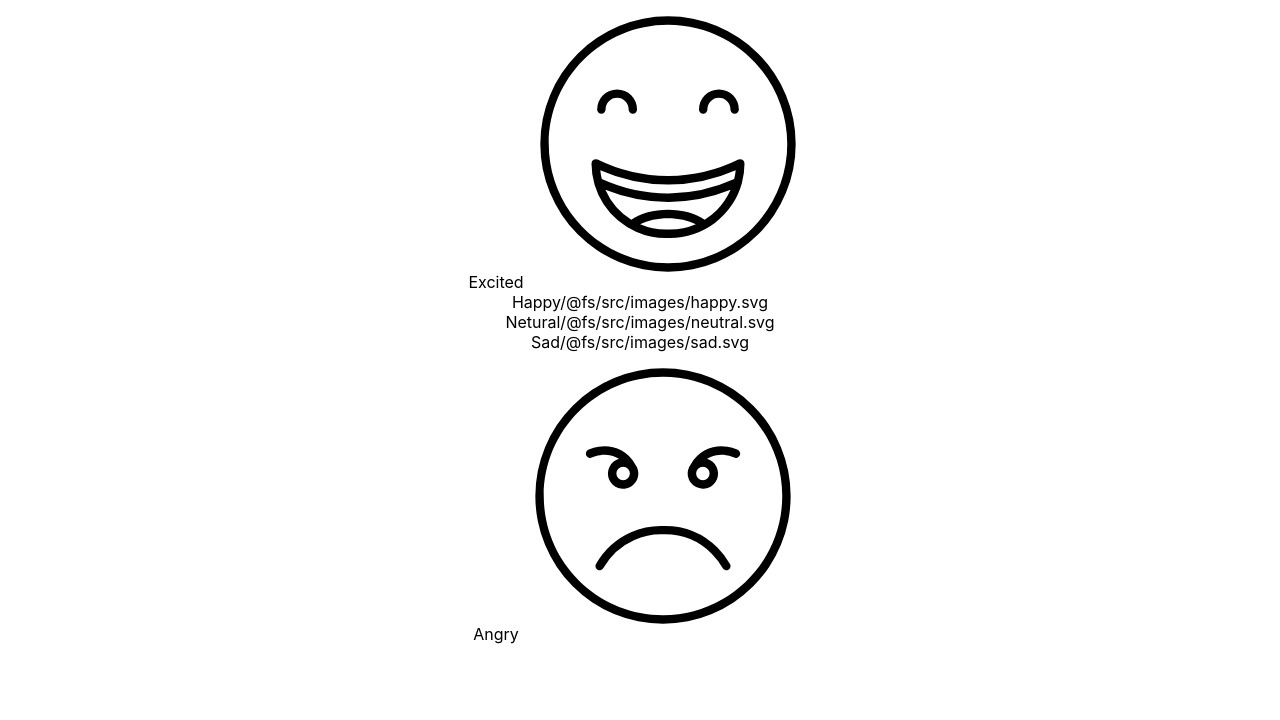
Repository: majakesin/moodify-app
Page: /
These files come from the project's save history. The page is drawn as it stood at one moment and after the next save; the edit follows.
The browser window is 1280 px wide. The pictures show the whole page.
The project was rebuilt for these pictures with package versions that can differ from the ones it lists, and the page was loaded fresh each time.

Above is the page before, as saved 2023-08-21 11:24:04.

### public/index.html
<!DOCTYPE html>
<html lang="en">
  <head>
    <meta charset="utf-8" />
    <link rel="icon" href="%PUBLIC_URL%/logo.svg" />
    <meta name="viewport" content="width=device-width, initial-scale=1" />
    <meta name="theme-color" content="#000000" />
    <meta
      name="description"
      content="Moodify -- App that gives yours ears the best music based on your mood"
    />
    <link rel="apple-touch-icon" href="%PUBLIC_URL%/logo.svg" />
    <!--
      manifest.json provides metadata used when your web app is installed on a
      user's mobile device or desktop. See https://developers.google.com/web/fundamentals/web-app-manifest/
    -->
    <link rel="manifest" href="%PUBLIC_URL%/manifest.json" />
    <!--
      Notice the use of %PUBLIC_URL% in the tags above.
      It will be replaced with the URL of the `public` folder during the build.
      Only files inside the `public` folder can be referenced from the HTML.

      Unlike "/favicon.ico" or "favicon.ico", "%PUBLIC_URL%/favicon.ico" will
      work correctly both with client-side routing and a non-root public URL.
      Learn how to configure a non-root public URL by running `npm run build`.
    -->
    <title>Moodify</title>
  </head>
  <body>
    <noscript>You need to enable JavaScript to run this app.</noscript>
    <div id="root"></div>
    <!--
      This HTML file is a template.
      If you open it directly in the browser, you will see an empty page.

      You can add webfonts, meta tags, or analytics to this file.
      The build step will place the bundled scripts into the <body> tag.

      To begin the development, run `npm start` or `yarn start`.
      To create a production bundle, use `npm run build` or `yarn build`.
    -->
  </body>
</html>

### src/App.js
import './App.css';
import {moods}  from 'src/data/moods'
import Mood from './components/Mood';

function App() {
  return (
    <div className="App">
      {moods.map(({type,icon}) => {
        return (<Mood type={type} icon={icon} />)
      })}
    </div>
  );
}

export default App;

### src/data/moods.js
import Happy from 'src/images/happy.svg';
import Neutral from 'src/images/neutral.svg';
import Sad from 'src/images/sad.svg';


export const moods = [
    {
        type: 'Excited',
        icon: <svg id="SvgjsSvg1081" width="288" height="288" xmlns="http://www.w3.org/2000/svg" version="1.1" xmlnsXlink="http://www.w3.org/1999/xlink" xmlnsSvgjs="http://svgjs.com/svgjs">
                <defs id="SvgjsDefs1082"></defs>
                <g id="SvgjsG1083">
                <svg xmlns="http://www.w3.org/2000/svg" data-name="Layer 1" viewBox="0 0 512 512" width="288" height="288">
                    <path fill="currentcolor" d="M416.51318,95.48682A226.99992,226.99992,0,1,0,95.48682,416.51318,226.99992,226.99992,0,1,0,416.51318,95.48682ZM256,468C139.103,468,44,372.897,44,256S139.103,44,256,44s212,95.103,212,212S372.897,468,256,468ZM137.5,202a7.50006,7.50006,0,0,0,7.5-7.5,20.5,20.5,0,0,1,41,0,7.5,7.5,0,0,0,15,0,35.5,35.5,0,0,0-71,0A7.50006,7.50006,0,0,0,137.5,202Zm181,0a7.50006,7.50006,0,0,0,7.5-7.5,20.5,20.5,0,0,1,41,0,7.5,7.5,0,0,0,15,0,35.5,35.5,0,0,0-71,0A7.50006,7.50006,0,0,0,318.5,202Zm69.95947,82.13037a7.49875,7.49875,0,0,0-7.27832-.356A284.51645,284.51645,0,0,1,257.5,313h-1.48a284.55042,284.55042,0,0,1-125.2002-29.2251A7.4999,7.4999,0,0,0,120,290.5a132.31839,132.31839,0,0,0,79.15625,121.32324A131.47888,131.47888,0,0,0,252.5,423h7a132.5854,132.5854,0,0,0,127.794-97.37988A133.06894,133.06894,0,0,0,392,290.5,7.5003,7.5003,0,0,0,388.45947,284.13037ZM259.5,408h-7a116.58888,116.58888,0,0,1-46.02222-9.36157C219.72205,391.8783,237.33752,388,256.002,388c18.66236,0,36.27466,3.87708,49.51734,10.63538A116.56076,116.56076,0,0,1,259.5,408Zm83.08691-34.41309a117.56809,117.56809,0,0,1-21.38024,16.93219C305.07166,379.48517,281.17847,373,256.002,373c-25.18383,0-49.0852,6.48932-65.22168,17.52966a116.81051,116.81051,0,0,1-46.07495-53.13611,299.90773,299.90773,0,0,0,111.31323,21.61036c.5044,0,1.01612-.00147,1.52051-.00391A300.023,300.023,0,0,0,367.2478,337.40454,117.86031,117.86031,0,0,1,342.58691,373.58691ZM373.6593,318.347A284.8703,284.8703,0,0,1,257.46094,344c-.49219.00293-.97412.00391-1.46387.00391a284.90227,284.90227,0,0,1-117.65942-25.65967,117.74477,117.74477,0,0,1-2.72388-15.77832A299.64178,299.64178,0,0,0,256.02,328h1.519a299.80874,299.80874,0,0,0,118.84668-25.43555A117.6884,117.6884,0,0,1,373.6593,318.347Z" class="color2c2b2d svgShape"></path>
                </svg>
                </g>
             </svg>
    },
    {
        type: 'Happy',
        icon: Happy ,
    },
    {
        type: 'Netural',
        icon: Neutral,
    },
    {
        type: 'Sad',
        icon: Sad,
    },
    {
        type: 'Angry',
        icon: <svg id="SvgjsSvg1217" width="288" height="288" xmlns="http://www.w3.org/2000/svg" version="1.1" xmlnsXlink="http://www.w3.org/1999/xlink" xmlnSvgjs="http://svgjs.com/svgjs">
                <defs id="SvgjsDefs1218"></defs>
                     <g id="SvgjsG1219">
                        <svg xmlns="http://www.w3.org/2000/svg" data-name="Layer 1" viewBox="0 0 512 512" width="288" height="288">
                            <path fill="currentcolor" d="M353.19336,347.94629A132.1737,132.1737,0,0,0,259.5,309.13965h-7a131.5101,131.5101,0,0,0-53.3418,11.17578,133.55212,133.55212,0,0,0-62.24707,56.51172,7.49995,7.49995,0,0,0,13.07813,7.3457A118.46814,118.46814,0,0,1,205.20313,334.043,116.60013,116.60013,0,0,1,252.5,324.13965h7a117.16506,117.16506,0,0,1,83.08691,34.41406,117.92838,117.92838,0,0,1,19.42481,25.62012,7.49957,7.49957,0,1,0,13.07617-7.34766A132.91978,132.91978,0,0,0,353.19336,347.94629ZM416.51367,95.48682A227.00044,227.00044,0,0,0,95.48633,416.51367,227.00044,227.00044,0,0,0,416.51367,95.48682ZM256,468C139.10254,468,44,372.89746,44,256,44,139.103,139.10254,44,256,44s212,95.103,212,212C468,372.89746,372.89746,468,256,468ZM175.12207,188.29736c.96533.53955,1.88086,1.10938,2.769,1.69336a27.02454,27.02454,0,1,0,28.58863,9.52246,62.7776,62.7776,0,0,0-24.04029-24.31005c-27.82519-15.55176-56.1748-2.73292-59.31445-1.21973a7.49994,7.49994,0,1,0,6.50977,13.51367C132.05762,186.33057,153.91113,176.44189,175.12207,188.29736ZM185.12012,204a12,12,0,1,1-12,12A12.01344,12.01344,0,0,1,185.12012,204ZM388.875,173.9834c-3.1416-1.51367-31.49121-14.33447-59.31348,1.21924a62.778,62.778,0,0,0-24.04126,24.31054,26.989,26.989,0,1,0,28.58887-9.52234c.88843-.58435,1.804-1.15429,2.76978-1.694,21.21191-11.85743,43.06347-1.96631,45.48632-.79981A7.49994,7.49994,0,1,0,388.875,173.9834ZM338.87988,216a12,12,0,1,1-12-12A12.01343,12.01343,0,0,1,338.87988,216Z" class="color2c2b2d svgShape"></path>
                        </svg>
                    </g>
            </svg>
    }
]

### src/components/Mood/index.jsx

const Mood = (props) => {

    const {type, icon} = props;

    return (
        <div color={'red'}>
            {type}
            {icon}
        </div>
    )
};

export default Mood;

Loaded but not shown: src/index.js (common file); src/index.css (common file); src/reportWebVitals.js (common file); src/App.css (common file)

After the next save:
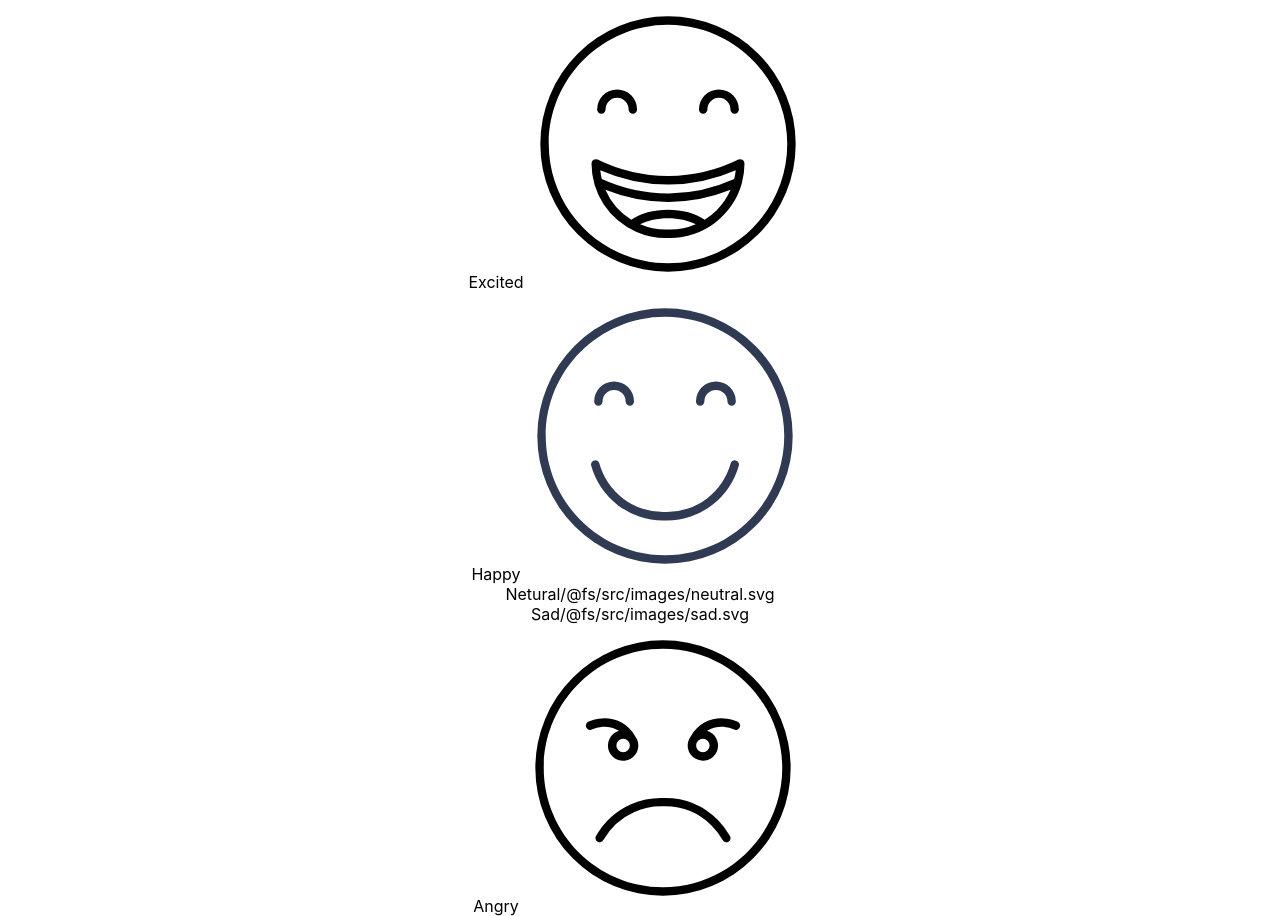
Saved 29 s later.
--- a/src/data/moods.js
+++ b/src/data/moods.js
@@ -17,7 +17,14 @@ export const moods = [
     },
     {
         type: 'Happy',
-        icon: Happy ,
+        icon: <svg id="SvgjsSvg1102" width="288" height="288" xmlns="http://www.w3.org/2000/svg" version="1.1" xmlnsXlink="http://www.w3.org/1999/xlink" xmlnsSvgjs="http://svgjs.com/svgjs">
+                <defs id="SvgjsDefs1103"></defs>
+                <g id="SvgjsG1104">
+                <svg xmlns="http://www.w3.org/2000/svg" data-name="Layer 1" viewBox="0 0 512 512" width="288" height="288">
+                    <path fill="#303a52" d="M382.042,299.40674a7.496,7.496,0,0,0-9.21582,5.251A117.42927,117.42927,0,0,1,259.5,391h-7a117.41578,117.41578,0,0,1-113.32715-86.33447,7.49971,7.49971,0,1,0-14.46484,3.96875A132.417,132.417,0,0,0,252.5,406h7a132.58733,132.58733,0,0,0,127.793-97.37744A7.4999,7.4999,0,0,0,382.042,299.40674ZM416.51367,95.48682A227.00026,227.00026,0,0,0,95.48633,416.51318,227.00026,227.00026,0,0,0,416.51367,95.48682ZM256,468C139.10254,468,44,372.897,44,256S139.10254,44,256,44s212,95.103,212,212S372.89746,468,256,468ZM137.5,202a7.49974,7.49974,0,0,0,7.5-7.5,20.5,20.5,0,0,1,41,0,7.5,7.5,0,0,0,15,0,35.5,35.5,0,0,0-71,0A7.49974,7.49974,0,0,0,137.5,202Zm181,0a7.49974,7.49974,0,0,0,7.5-7.5,20.5,20.5,0,0,1,41,0,7.5,7.5,0,0,0,15,0,35.5,35.5,0,0,0-71,0A7.49974,7.49974,0,0,0,318.5,202Z" class="color2c2b2d svgShape"></path>
+                </svg>
+                </g>
+            </svg> ,
     },
     {
         type: 'Netural',
